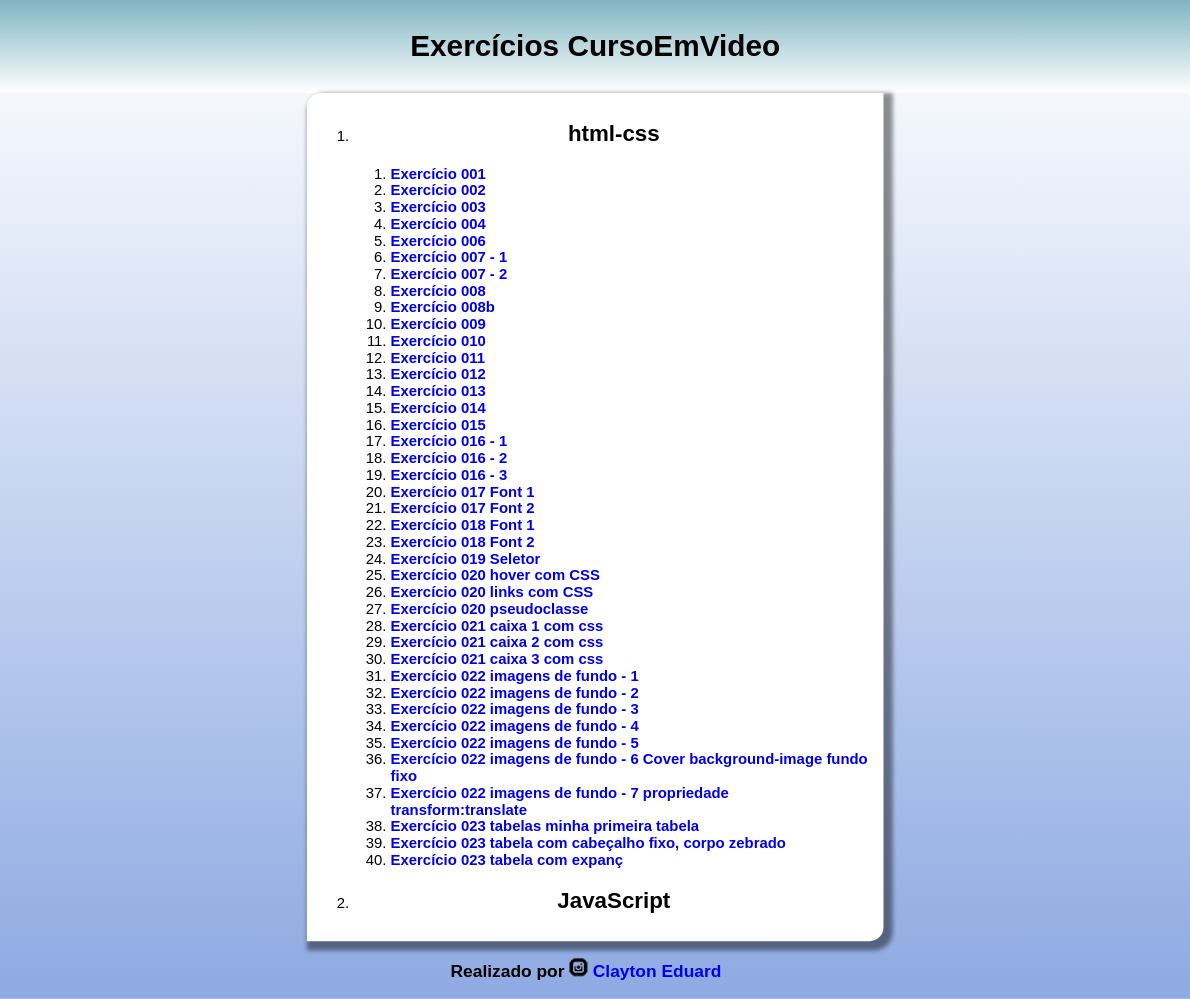
Repository: ClaytonEduard/cursoemvideo
Page: index.html
The author's editor kept a copy of each file at every save. The page is drawn from the files as they stood at one save, then again after the next save.
The browser window is 1280 px wide. The pictures show the whole page, at 93% of full size.

Above is the page before, as saved 2022-12-08 16:56:24.

### index.html
<!DOCTYPE html>
<html lang="pt-br">

<head>
        <meta charset="UTF-8">
        <meta http-equiv="X-UA-Compatible" content="IE=edge">
        <meta name="viewport" content="width=device-width, initial-scale=1.0">
        <title>Curso em Video</title>
        <style>
                header {
                        background-image: linear-gradient(to top, white, rgba(7, 110, 133, 0.508));
                        padding: 10px;
                        margin: auto;
                        text-align: center;
                }

                body {

                        font-family: Arial, Helvetica, sans-serif;
                        margin: 0px;
                        padding: 0px;
                        background-image: linear-gradient(to bottom, rgb(255, 255, 255), rgba(33, 88, 198, 0.508));
                }

                main {
                        width: 600px;
                        background-color: white;
                        padding: 10px;
                        margin: auto;
                        border-radius: 15px 0px;
                        box-shadow: 5px 5px 5px 5px #0000006e;
                }

                a {
                        text-decoration: none;
                        font-weight: bold;
                        margin-right: 20px;
                }

                a:hover {
                        text-decoration: underline;
                        color: rgb(80, 12, 240);
                }

                h2 {
                        text-align: center;
                }

                footer {
                        background-image: linear-gradient(to bottom, rgba(7, 110, 133, 0.508));
                        text-align: center;
                }
        </style>
</head>

<body>

        <header>
                <h1>Exercícios CursoEmVideo</h1>
        </header>

        <main>
                <ol>
                        <li>
                                <h2>html-css</h2>
                        </li>

                        <ol>
                                <li><a href="https://claytoneduard.github.io/cursoemvideo/html-css/ex001/index.html"
                                                target="_blank">Exercício 001</a></li>
                                <li><a href="https://claytoneduard.github.io/cursoemvideo/html-css/ex002/index.html"
                                                target="_blank">Exercício 002</a></li>
                                <li><a href="https://claytoneduard.github.io/cursoemvideo/html-css/ex003/index.html"
                                                target="_blank">Exercício 003</a></li>
                                <li><a href="https://claytoneduard.github.io/cursoemvideo/html-css/ex004/index.html"
                                                target="_blank">Exercício 004</a></li>
                                <li><a href="https://claytoneduard.github.io/cursoemvideo/html-css/ex006/index.html"
                                                target="_blank">Exercício 006</a></li>
                                <li><a href="https://claytoneduard.github.io/cursoemvideo/html-css/ex007/html4.html"
                                                target="_blank">Exercício 007 - 1</a></li>
                                <li><a href="https://claytoneduard.github.io/cursoemvideo/html-css/ex007/html5.html"
                                                target="_blank">Exercício 007 - 2</a></li>
                                <li><a href="https://claytoneduard.github.io/cursoemvideo/html-css/ex008/index.html"
                                                target="_blank">Exercício 008</a></li>
                                <li><a href="https://claytoneduard.github.io/cursoemvideo/html-css/ex008b/index.html"
                                                target="_blank">Exercício 008b</a></li>
                                <li><a href="https://claytoneduard.github.io/cursoemvideo/html-css/ex009/index.html"
                                                target="_blank">Exercício 009</a></li>
                                <li><a href="https://claytoneduard.github.io/cursoemvideo/html-css/ex010/index.html"
                                                target="_blank">Exercício 010</a></li>
                                <li><a href="https://claytoneduard.github.io/cursoemvideo/html-css/ex011/index.html"
                                                target="_blank">Exercício 011</a></li>
                                <li><a href="https://claytoneduard.github.io/cursoemvideo/html-css/ex012/index.html"
                                                target="_blank">Exercício 012</a></li>
                                <li><a href="https://claytoneduard.github.io/cursoemvideo/html-css/ex013/index.html"
                                                target="_blank">Exercício 013</a></li>
                                <li><a href="https://claytoneduard.github.io/cursoemvideo/html-css/ex014/index.html"
                                                target="_blank">Exercício 014</a></li>
                                <li><a href="https://claytoneduard.github.io/cursoemvideo/html-css/ex015/index.html"
                                                target="_blank">Exercício 015</a></li>
                                <li><a href="https://claytoneduard.github.io/cursoemvideo/html-css/ex016/cor01.html"
                                                target="_blank">Exercício 016 - 1</a></li>
                                <li><a href="https://claytoneduard.github.io/cursoemvideo/html-css/ex016/cor02.html"
                                                target="_blank">Exercício 016 - 2</a></li>
                                <li><a href="https://claytoneduard.github.io/cursoemvideo/html-css/ex016/cor03.html"
                                                target="_blank">Exercício 016 - 3</a></li>
                                <li><a href="https://claytoneduard.github.io/cursoemvideo/html-css/ex017/font01.html"
                                                target="_blank">Exercício 017 Font 1</a></li>
                                <li><a href="https://claytoneduard.github.io/cursoemvideo/html-css/ex017/font02.html"
                                                target="_blank">Exercício 017 Font 2</a></li>
                                <li><a href="https://claytoneduard.github.io/cursoemvideo/html-css/ex018/font01.html"
                                                target="_blank">Exercício 018 Font 1</a></li>
                                <li><a href="https://claytoneduard.github.io/cursoemvideo/html-css/ex018/font02.html"
                                                target="_blank">Exercício 018 Font 2</a></li>
                                <li><a href="https://claytoneduard.github.io/cursoemvideo/html-css/ex019/seletor01.html"
                                                target="_blank">Exercício 019 Seletor</a></li>
                                <li><a href="https://claytoneduard.github.io/cursoemvideo/html-css/ex020/hover.html"
                                                target="_blank">Exercício 020 hover com CSS</a></li>
                                <li><a href="https://claytoneduard.github.io/cursoemvideo/html-css/ex020/links.html"
                                                target="_blank">Exercício 020 links com CSS</a></li>
                                <li><a href="https://claytoneduard.github.io/cursoemvideo/html-css/ex020/pseudoclasse.html"
                                                target="_blank">Exercício 020 pseudoclasse</a></li>
                                <li><a href="https://claytoneduard.github.io/cursoemvideo/html-css/ex021/caixa01.html"
                                                target="_blank">Exercício 021 caixa 1 com css</a></li>
                                <li><a href="https://claytoneduard.github.io/cursoemvideo/html-css/ex021/caixa02.html"
                                                target="_blank">Exercício 021 caixa 2 com css</a></li>
                                <li><a href="https://claytoneduard.github.io/cursoemvideo/html-css/ex021/caixa03.html"
                                                target="_blank">Exercício 021 caixa 3 com css</a></li>
                                <li><a href="https://claytoneduard.github.io/cursoemvideo/html-css/ex022/fundo001.html"
                                                target="_blank">Exercício 022 imagens de fundo - 1</a></li>
                                <li><a href="https://claytoneduard.github.io/cursoemvideo/html-css/ex022/fundo002.html"
                                                target="_blank">Exercício 022 imagens de fundo - 2</a></li>
                                <li><a href="https://claytoneduard.github.io/cursoemvideo/html-css/ex022/fundo003.html"
                                                target="_blank">Exercício 022 imagens de fundo - 3</a></li>
                                <li><a href="https://claytoneduard.github.io/cursoemvideo/html-css/ex022/fundo004.html"
                                                target="_blank">Exercício 022 imagens de fundo - 4</a></li>
                                <li><a href="https://claytoneduard.github.io/cursoemvideo/html-css/ex022/fundo005.html"
                                                target="_blank">Exercício 022 imagens de fundo - 5</a></li>
                                <li><a href="https://claytoneduard.github.io/cursoemvideo/html-css/ex022/fundo006.html"
                                                target="_blank">Exercício 022 imagens de fundo - 6 Cover
                                                background-image fundo fixo</a></li>
                                <li><a href="https://claytoneduard.github.io/cursoemvideo/html-css/ex022/fundo007.html"
                                                target="_blank">Exercício 022 imagens de fundo - 7 propriedade
                                                transform:translate </a></li>
                                <li><a href="https://claytoneduard.github.io/cursoemvideo/html-css/ex023/tabelas.html"
                                                target="_blank">Exercício 023 tabelas minha primeira tabela</a></li>

                                <li><a href="https://claytoneduard.github.io/cursoemvideo/html-css/ex023/tabela002.html"
                                                target="_blank">Exercício 023 tabela com cabeçalho fixo, corpo
                                                zebrado</a></li>
                                <li><a href="https://claytoneduard.github.io/cursoemvideo/html-css/ex023/tabela003.html"
                                                target="_blank">Exercício 023 tabela com expanç</a></li>
                        </ol>
                        <li>
                                <h2>JavaScript</h2>
                        </li>
                </ol>
        </main>
        <footer>
                <h3>Realizado por <img src="html-css/desafios/d005/img/icone-instagram.png" alt="Clayton Eduard" />
                        <a href="https://www.instagram.com/clayton_eduard" target="_blank" rel="external">Clayton
                                Eduard</a>
                </h3>
        </footer>
</body>

</html>

After the next save:
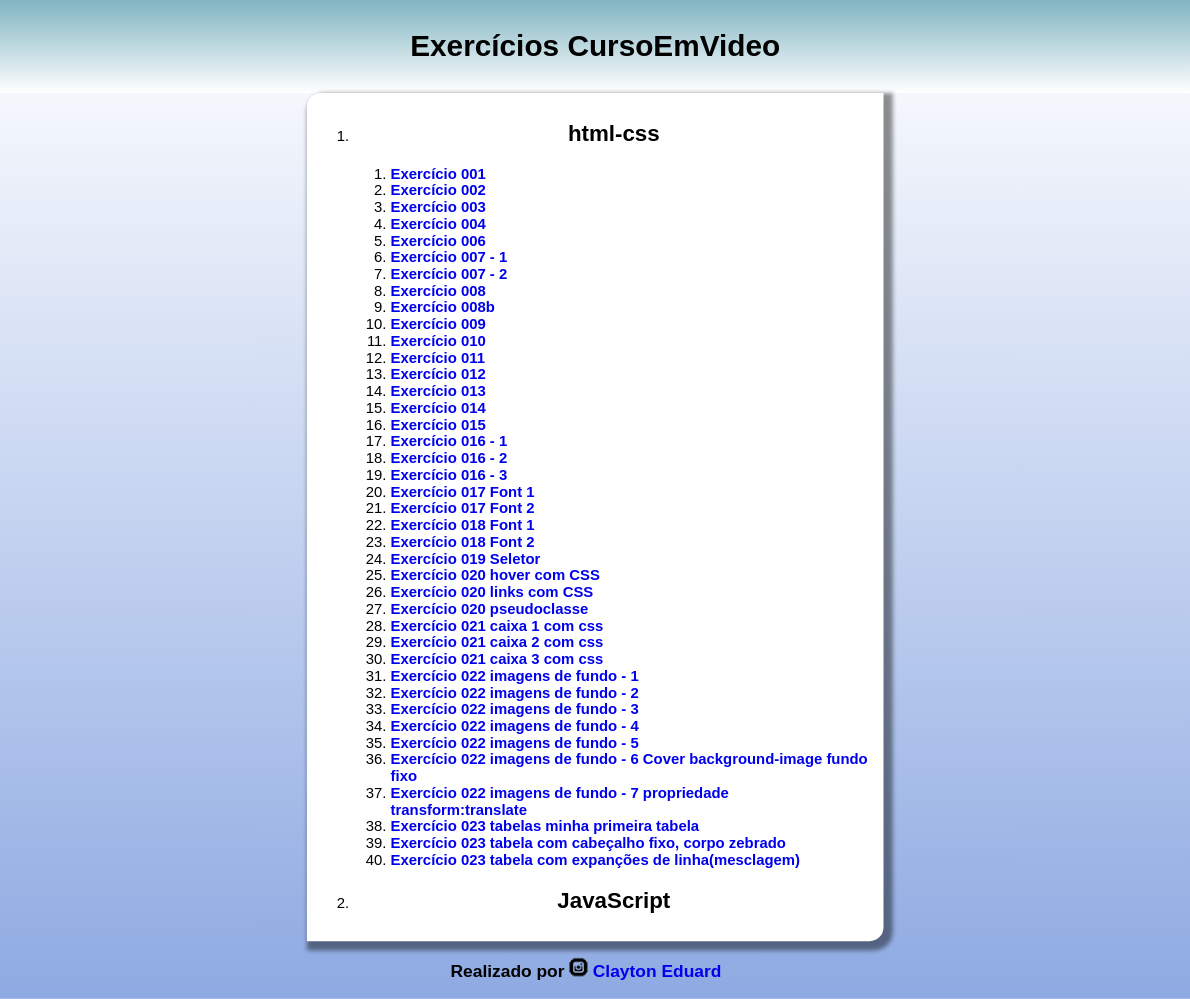
Saved 8 s later.
--- a/index.html
+++ b/index.html
@@ -149,7 +149,7 @@
                                                 target="_blank">Exercício 023 tabela com cabeçalho fixo, corpo
                                                 zebrado</a></li>
                                 <li><a href="https://claytoneduard.github.io/cursoemvideo/html-css/ex023/tabela003.html"
-                                                target="_blank">Exercício 023 tabela com expanç</a></li>
+                                                target="_blank">Exercício 023 tabela com expanções de linha(mesclagem)</a></li>
                         </ol>
                         <li>
                                 <h2>JavaScript</h2>
